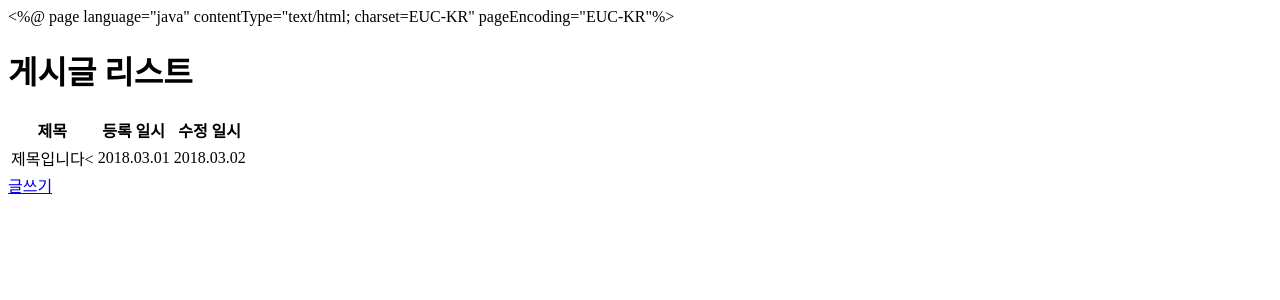
Repository: sandartchip/Board_v01
Page: Board_v01/firstjsp/WebContent/Copy of index.html
An editor plug-in stored every save of this project. The page is shown before and after the next save, followed by the edit.
The browser window is 1280 px wide. The pictures show the whole page.

Above is the page before, as saved 2019-03-18 04:52:22.

After the next save:
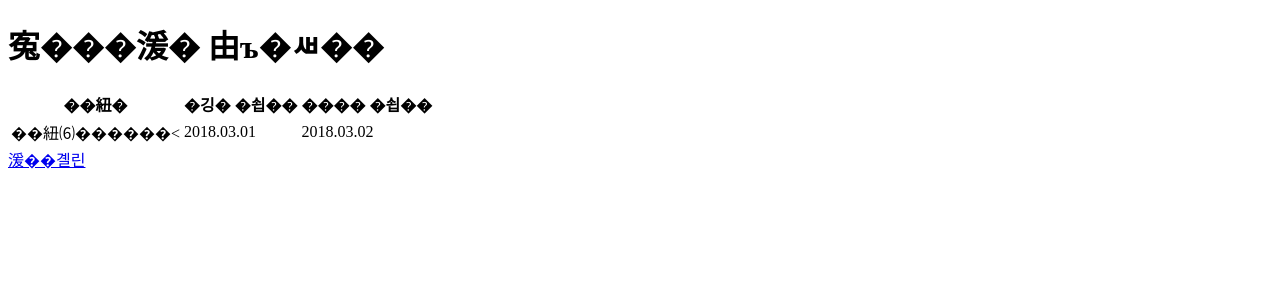
Saved 9 s later.
--- a/Board_v01/firstjsp/WebContent/Copy of index.html
+++ b/Board_v01/firstjsp/WebContent/Copy of index.html
@@ -1,25 +1,24 @@
-<%@ page language="java" contentType="text/html; charset=EUC-KR"  pageEncoding="EUC-KR"%>
 
 <!DOCTYPE html>
 <html>
 <head>
 <meta charset="UTF-8">
-<title>게 시 판 입 니 다</title>
+<title>寃� �� �� �� �� ��</title>
 </head>
 <body>
-	<h1>게시글 리스트</h1>
+	<h1>寃���湲� 由ъ�ㅽ��</h1>
 	<table>
 		<tr>
-			<th>제목</th>
-			<th>등록 일시</th>
-			<th>수정 일시</th>
+			<th>��紐�</th>
+			<th>�깅� �쇱��</th>
+			<th>���� �쇱��</th>
 		</tr>
 		<tr>
-			<td>제목입니다<</td>
+			<td>��紐⑹������<</td>
 			<td>2018.03.01</td>
 			<td>2018.03.02</td>
 		</tr>
 	</table>
-	<a href="write.html">글쓰기</a>
+	<a href="write.html">湲��곌린</a>
 </body>
 </html>
